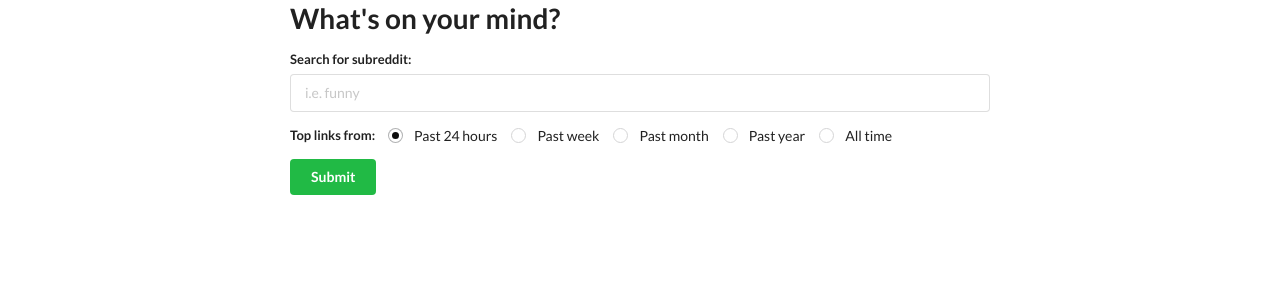
Repository: nikdmello/best-of-reddit-webapp
Page: http://localhost/
The author's editor kept a record of every edit. The page is drawn from the files as they stood at one moment, then again after the next edit.
The browser window is 1280 px wide. The pictures show the whole page.
The page is served by the project's Node server (app.js).

Above is the page before.

After the next edit:
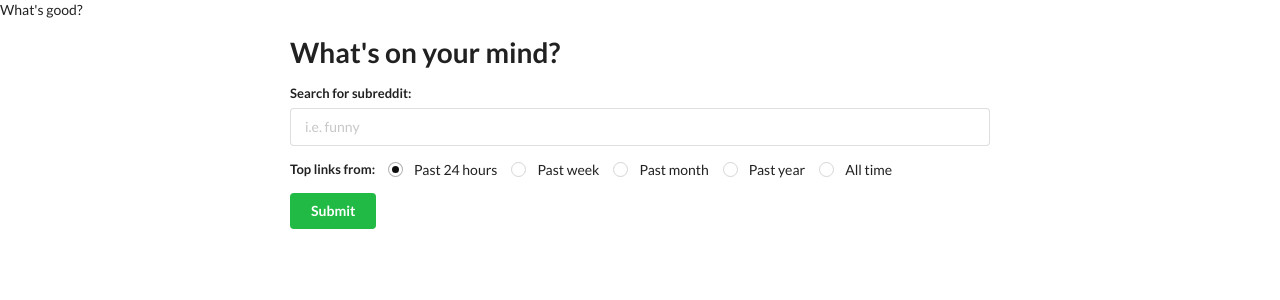
The edit:
--- a/views/partials/header.ejs
+++ b/views/partials/header.ejs
@@ -3,4 +3,7 @@
         <title>Reddit API</title>
         <link rel="stylesheet" type="text/css" href="https://cdnjs.cloudflare.com/ajax/libs/semantic-ui/2.4.1/semantic.css">
     </head>
+    <body>
+        <p>What's good?</p>
+    </body>
 </html>
